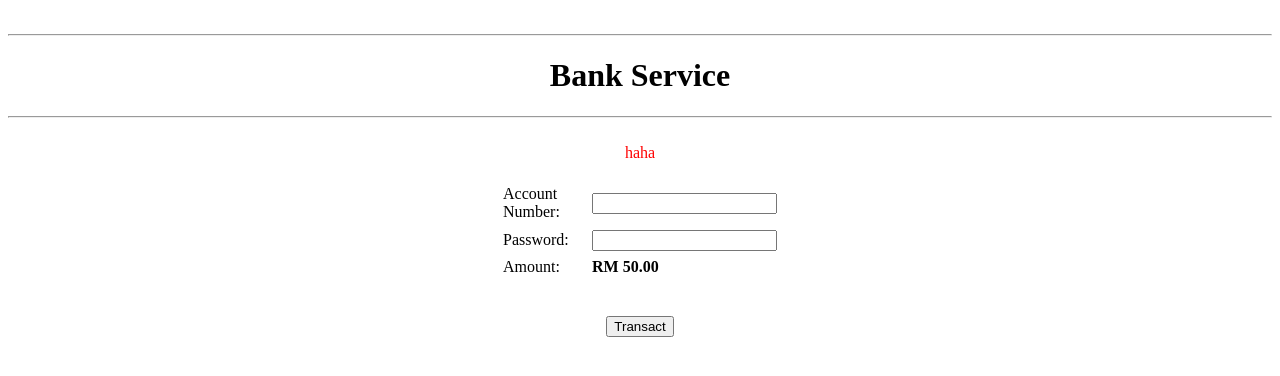
Repository: Jeck97/Mcdonald-Delivery-System
Page: http://localhost/McDelivery/bankService/transactionForm.jsp
These files come from the project's save history. The page is drawn as it stood at one moment and after the next save; the edit follows.
The browser window is 1280 px wide. The pictures show the whole page.
The page is served by Tomcat 9.

Above is the page before, as saved 2020-07-12 18:11:35.

After the next save:
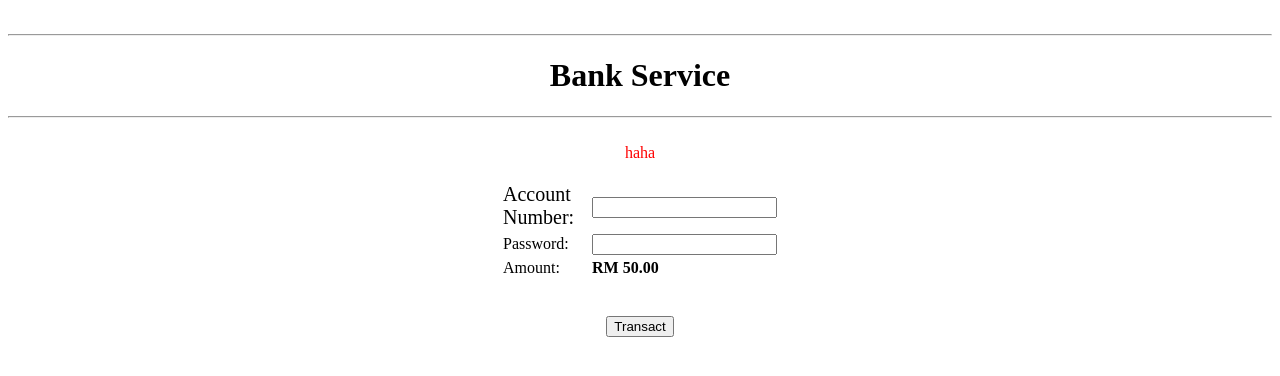
Saved 62 s later.
--- a/McDelivery/WebContent/bankService/transactionForm.jsp
+++ b/McDelivery/WebContent/bankService/transactionForm.jsp
@@ -25,7 +25,7 @@
 	<form action="transactionServlet" method="post">
 
 		<table style="align-content: space-between; margin: auto; width: 280px; height: 100px;">
-			<tr>
+			<tr style="font-size: 20px">
 				<td><label for="account_number">Account Number:</label></td>
 				<td><input id="account_number" name="account_number" type="number" required></td>
 			</tr>
